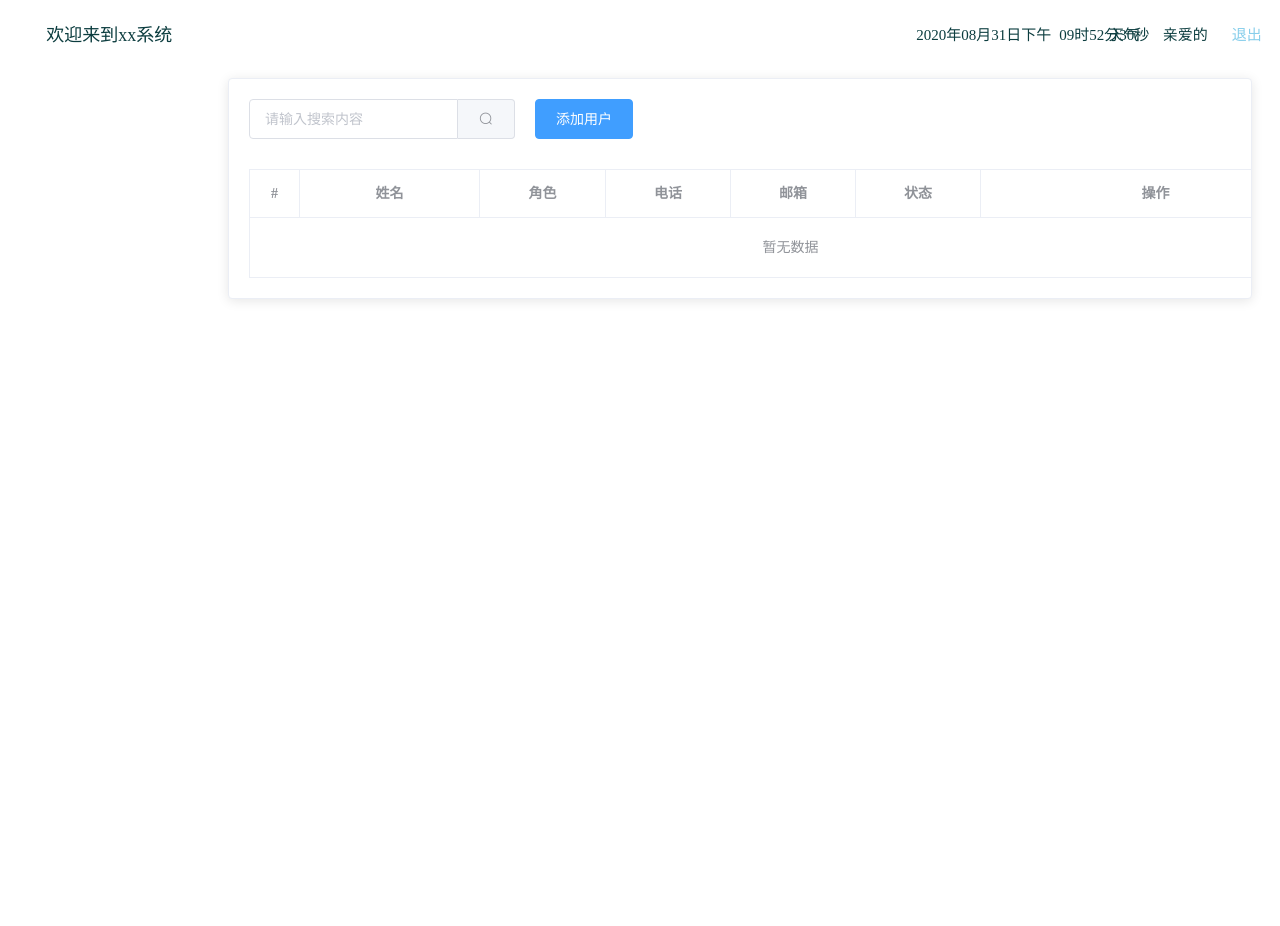
Repository: 2510699771/background-system
Page: /users/users
An editor plug-in stored every save of this project. The page is shown before and after the next save, followed by the edit.
The browser window is 1280 px wide. The pictures show the whole page.
The page's requests for data from a server got no answer. The project was rebuilt for these pictures with package versions that can differ from the ones it lists, and the page was loaded fresh each time. No one was signed in, and anything a server would have sent is missing. Also part of the build but not shown: vue.config.js, src/views/Home.vue.

Above is the page before, as saved 2020-08-31 22:08:07.

After the next save:
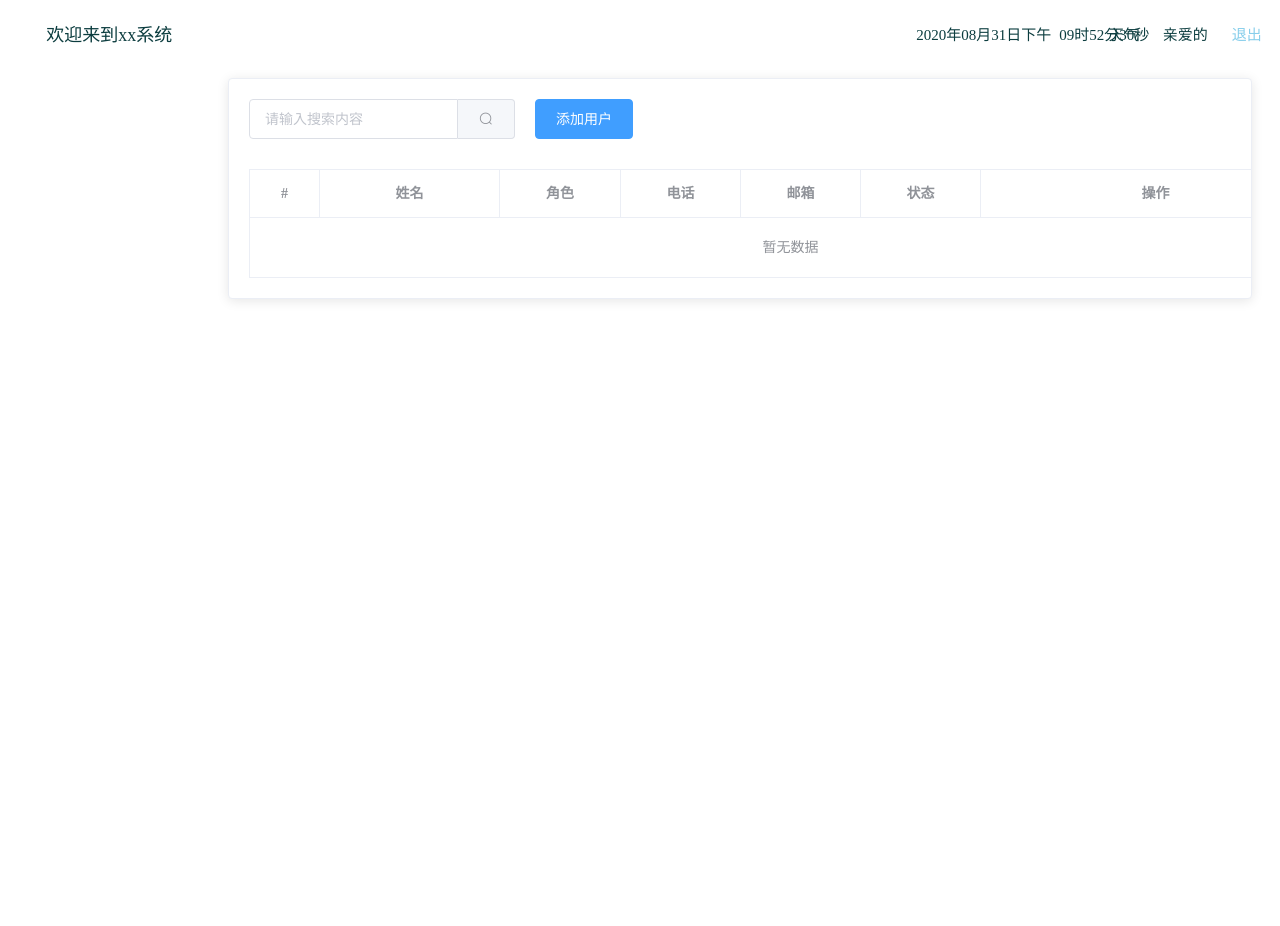
Saved 6 s later.
--- a/src/views/UserList/UserList.vue
+++ b/src/views/UserList/UserList.vue
@@ -9,7 +9,7 @@
       </div>
       <div style="width:84.5vw;margin-top:30px">
         <el-table :data="userslist" border style="width: 100%" stripe>
-          <el-table-column prop="date" label="#" width="50" type="index" align="center"></el-table-column>
+          <el-table-column prop="date" label="#" width="70" type="index" align="center"></el-table-column>
           <el-table-column prop="username" label="姓名" width="180" align="center"></el-table-column>
           <el-table-column prop="role_name" label="角色" align="center"></el-table-column>
           <el-table-column prop="create_time" label="电话" align="center"></el-table-column>
